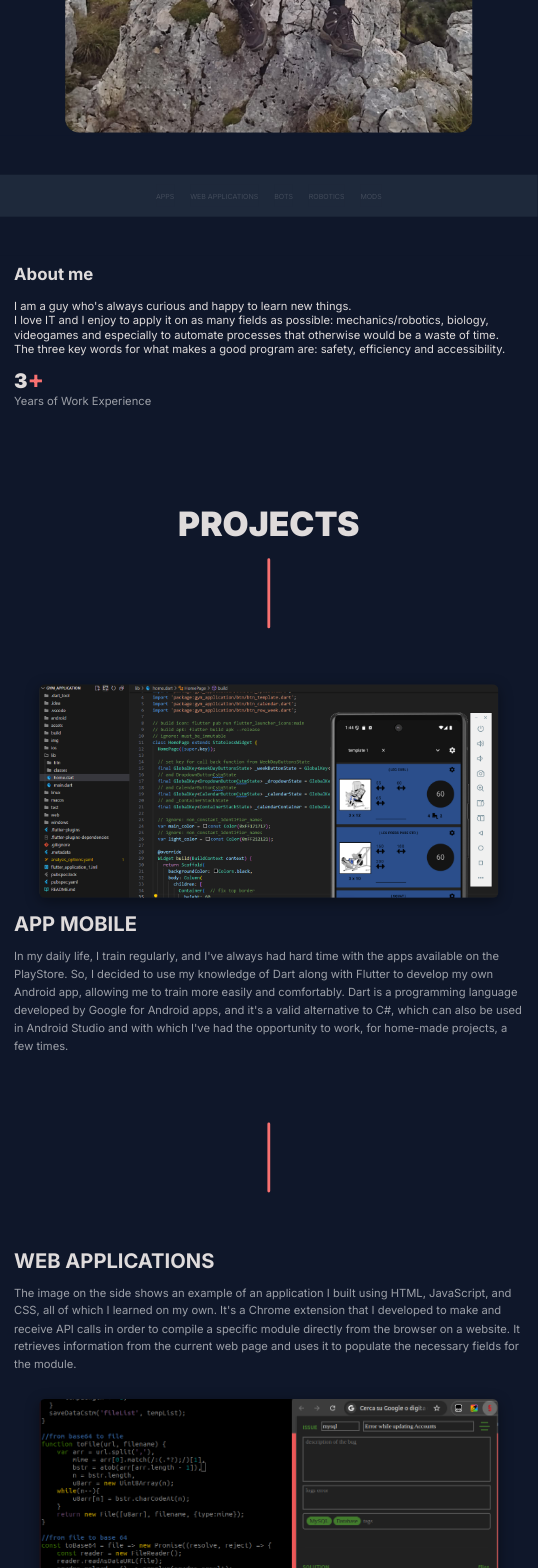
Repository: EnricoCalabrese/EnricoCalabrese.github.io
Page: index.html
These files come from the project's save history. The page is drawn as it stood at one moment and after the next save; the edit follows.
The browser window is 768 px wide. The pictures show the part of the page from y = 1031 to 3271 px (the page is 6136 px tall before and 6140 px after), at 70% of full size.

Above is the page before, as saved 2025-07-26 09:16:57.

### index.html
<!DOCTYPE html>
<html lang="en">
<!DOCTYPE html>
<html lang="en">
<head>
  <meta charset="UTF-8" />
  <meta name="viewport" content="width=device-width, initial-scale=1.0" />
  <title>EC - Developer portfolio</title>
  <link href="https://fonts.googleapis.com/css2?family=Inter:wght@400;700;900&display=swap" rel="stylesheet">
  <style>
    * {
      box-sizing: border-box;
    }

    :root {
      --color-bg: #0f172a;
      --color-bg-alt: #1e293b;
      --color-primary: #f87171;
      --color-white: #dfdbdb;
      --color-white-transparent: rgba(255, 255, 255, 0.158);
      --color-white-semi: rgba(255, 255, 255, 0.589);

      --font-family: 'Inter', sans-serif;

      --space-xs: 10px;
      --space-sm: 15px;
      --space-md: 20px;
      --space-lg: 60px;
      --space-xl: 80px;

      --font-lg: 1.8rem;
      --font-xl: 3rem;
      --font-xxl: 35px;

      --radius-sm: 6px;
      --radius-md: 8px;
      --radius-lg: 20px;
    }

    body {
      margin: 0;
      font-family: var(--font-family);
      background-color: var(--color-bg);
      color: var(--color-white);
      word-wrap: break-word;
    }

    header, section {
      padding: var(--space-lg) var(--space-md);
      max-width: 1200px;
      margin: auto;
    }

    nav {
      display: flex;
      justify-content: space-between;
      align-items: center;
      padding: var(--space-md);
    }

    nav a {
      color: var(--color-white);
      margin: 0 var(--space-sm);
      text-decoration: none;
    }

    .header {
      display: flex;
      flex-wrap: wrap;
      align-items: center;
      justify-content: space-between;
    }

    .header-text {
      max-width: 500px;
    }

    .header-text h1 {
      font-size: var(--font-xl);
      margin: 0;
    }

    .buttons {
      margin-top: var(--space-md);
    }

    .buttons button {
      margin-right: var(--space-sm);
      padding: var(--space-xs) var(--space-md);
      border: none;
      border-radius: var(--radius-sm);
      cursor: pointer;
      font-weight: bold;
    }

    .btn-primary {
      background-color: var(--color-primary);
      color: var(--color-white);
    }

    .btn-primary:hover {
      color: var(--color-bg);
    }

    .btn-secondary {
      background-color: transparent;
      border: 2px solid var(--color-primary) !important;
      color: var(--color-white);
    }

    .btn-secondary:hover {
      color: var(--color-primary);
    }

    .page {
      display: none;
      position: fixed;
      z-index: 1000;
      left: 0;
      top: 0;
      width: 100%;
      height: 100%;
      overflow: auto;
      background-color: rgba(15, 23, 42, 0.9);
      font-family: var(--font-family);
    }

    .page-content {
      background-color: var(--color-bg-alt);
      margin: 10% auto;
      padding: var(--space-md);
      border-radius: var(--radius-lg);
      max-width: 400px;
      color: var(--color-white);
      box-shadow: 0 5px 20px rgba(0,0,0,0.6);
      text-align: center;
      position: relative;
    }

    .close-btn {
      color: var(--color-white);
      position: absolute;
      right: 15px;
      top: 10px;
      font-size: 28px;
      font-weight: bold;
      cursor: pointer;
    }

    .close-btn:hover {
      color: var(--color-primary);
    }

    .email-wrapper {
      margin-top: var(--space-md);
      display: flex;
      justify-content: center;
      gap: var(--space-xs);
    }

    .email-wrapper input {
      flex: 1;
      padding: var(--space-xs);
      border-radius: var(--radius-sm);
      border: none;
      background-color: var(--color-bg);
      color: var(--color-white);
      font-weight: bold;
      font-size: 1rem;
    }

    .email-wrapper button {
      background-color: var(--color-primary);
      border: none;
      border-radius: var(--radius-sm);
      color: var(--color-bg);
      cursor: pointer;
      font-weight: bold;
      padding: var(--space-xs) var(--space-md);
      transition: background-color 0.3s ease;
    }

    .email-wrapper button:hover {
      background-color: #ef4444;
    }

    .profile-img {
      width: 300px;
      border-radius: var(--radius-lg);
    }

    .skills-wrapper {
      position: relative;
      padding: var(--space-lg) 0;
      background-color: var(--color-bg);
      margin-top: -3.5rem;
    }

    .skills-wrapper::before {
      content: "";
      position: absolute;
      top: 50%;
      width: 100%;
      height: 60px;
      background-color: var(--color-bg-alt);
      transform: translateY(-50%);
      z-index: 0;
    }

    .skills {
      position: relative;
      z-index: 1;
      text-align: center;
    }

    .skills a {
      text-decoration: none;
      color: var(--color-white-transparent);
      background-color: var(--color-bg-alt);
      padding: var(--space-xs) 5%;
      display: inline-block;
      margin: var(--space-xs);
      cursor: pointer;
      transition: color 0.3s ease;
    }

    .skills a:hover, .shortcuts a:hover {
      color: var(--color-primary);
    }

    .about {
      display: flex;
      flex-wrap: wrap;
      justify-content: space-between;
      align-items: center;
      padding: 0 var(--space-md);
      background-color: var(--color-bg);
      margin-top: -1%;
    }

    .about-text {
      flex: 0 0 50%;
      max-width: 600px;
    }

    .stat {
      flex: 0 0 50%;
    }

    .stat-number {
      font-size: var(--font-lg);
      font-weight: 900;
      color: var(--color-white);
      display: flex;
      align-items: baseline;
    }

    .stat-number .plus {
      color: var(--color-primary);
      font-size: var(--font-xxl);
      font-weight: 700;
      line-height: 1;
      margin-top: -2%;
    }

    .stat-text {
      color: var(--color-white-semi);
      margin-top: 2px;
    }

    .projects-section {
      padding: var(--space-xl) var(--space-md);
      text-align: center;
      position: relative;
    }

    .projects-title {
      font-size: var(--font-xl);
      color: var(--color-white);
      margin-bottom: var(--space-md);
      font-weight: 900;
    }

    .vertical-divider {
      width: 4px;
      height: 100px;
      background-color: var(--color-primary);
      margin: 0 auto var(--space-xl);
      border-radius: 2px;
    }

    .project-block {
      display: flex;
      align-items: center;
      justify-content: center;
      margin: var(--space-xl) auto;
      max-width: 900px;
      gap: var(--space-md);
      flex-wrap: wrap;
      flex-direction: row;
    }

    .project-img {
      width: 300px;
      border-radius: var(--radius-md);
      box-shadow: 0 5px 20px rgba(0,0,0,0.4);
    }

    .project-description {
      max-width: 400px;
      text-align: left;
    }

    .project-description h3 {
      font-size: var(--font-lg);
      color: var(--color-white);
      margin: 0 0 var(--space-xs);
    }

    .project-description p {
      color: var(--color-white-semi);
      line-height: 1.6;
    }

    .simple-text {
      line-height: 1.3;
    }

    footer {
      text-align: center;
      padding: var(--space-md);
      background-color: var(--color-bg-alt);
    }

    #image-container {
      display: block;
      position: fixed;
      z-index: 1500;
      left: 0;
      top: 0;
      width: 100%;
      height: 100%;
      background-color: rgba(15, 23, 42, 0.95);
      display: flex;
      justify-content: center;
      align-items: center;
      cursor: zoom-out;
    }

    #image-container .page-content {
      background: none;
      box-shadow: none;
      max-width: 90%;
      max-height: 90%;
      padding: 0;
      position: relative;
      display: flex;
      justify-content: center;
      align-items: center;
    }

    #image-container img {
      max-width: 100%;
      max-height: 100%;
      border-radius: var(--radius-lg);
      pointer-events: none;
    }

    #ref {
      display: block;
      position: relative;
      top: -80px;
      visibility: hidden;
      height: 0;
      width: 0;
      overflow: hidden;
    }

    /* mobile settings */
    @media (max-width: 768px) {
      nav {
        flex-direction: column;
        align-items: flex-start;
      }

      .header {
        flex-direction: column;
        align-items: center;
        text-align: center;
      }

      .header-text {
        max-width: 100%;
      }

      .buttons {
        display: flex;
        flex-direction: column;
        align-items: center;
      }

      .buttons button {
        margin-bottom: var(--space-xs);
        width: 80%;
      }

      .profile-img {
        width: 80%;
        margin-top: var(--space-md);
      }

      .about {
        flex-direction: column;
        align-items: flex-start;
        gap: var(--space-md);
      }

      .about-text, .stat {
        flex: 1 1 100%;
        max-width: 100%;
      }

      .project-block {
        flex-direction: column !important;
        text-align: center;
      }

      .project-description {
        max-width: 100%;
      }

      .project-img {
        width: 90%;
      }

      .email-wrapper {
        flex-direction: column;
        gap: var(--space-xs);
      }

      .email-wrapper input,
      .email-wrapper button {
        width: 100%;
      }

      .skills {
        position: relative;
        z-index: 1;
        text-align: center;
        font-size: 10px;
      }

      .skills a {
        text-decoration: none;
        color: var(--color-white-transparent);
        background-color: var(--color-bg-alt);
        padding: var(--space-xs) 0;
        display: inline-block;
        cursor: pointer;
        transition: color 0.3s ease;
      }
    }
  </style>
</head>
<body>
  <nav>
    <div><strong>Enrico Calabrese</strong></div>
    <div class="shortcuts">
      <a href="#about" class="scroll-link">About</a>
      <a href="https://www.linkedin.com/in/enrico-calabrese-4961b4376/">Linkedin</a>
    </div>
  </nav>

  <header class="header">
    <div class="header-text">
      <p>Hello,</p>
      <h1>I'm Enrico<br><strong>Software Developer</strong></h1>
      <div class="buttons">
        <button class="btn-primary" id="contacts">Contacts</button>
        <button class="btn-secondary" id="myresume">My resume</button>
      </div>
    </div>
    <img src="source/profile.jpg" alt="photo" class="profile-img" onerror="this.style.display='none'">
  </header>

  <div id="contact-page" class="page">
    <div class="page-content">
      <span class="close-btn">&times;</span>
      <h2>Contact Me</h2>
      <p>Email:</p>
      <div class="email-wrapper">
        <input type="text" id="email" readonly value="enricocalabrese21@gmail.com" />
        <button id="copy-email">Copy</button>
      </div>
      <p id="copy-message" style="color: var(--color-primary); display: none;">Copied to clipboard!</p>
    </div>
  </div>

  <div class="skills-wrapper">
    <div class="skills">
      <a href="#app" class="scroll-link">APPS</a>
      <a href="#web" class="scroll-link">WEB APPLICATIONS</a>
      <a href="#bots" class="scroll-link">BOTS</a>
      <a href="#robots" class="scroll-link">ROBOTICS</a>
      <a href="#mods" class="scroll-link">MODS</a>
    </div>
  </div>
  <span id="ref"></span>

  <section id="about" class="about">
    <div class="about-text">
      <h2>About me</h2>
      <p class="simple-text">
        I am a guy who's always curious and happy to learn new things.<br>
        I love IT and I enjoy to apply it on as many fields as possible: mechanics/robotics, biology, videogames and especially to automate processes that otherwise would be a waste of time.<br>
        The three key words for what makes a good program are: safety, efficiency and accessibility.
      </p>
      <div class="stat">
        <div class="stat-number"><span class="plus">+</span></div>
        <p class="stat-text">Years of Work Experience</p>
      </div>
    </div>
  </section>

  <section class="projects-section">
    <h2 class="projects-title">PROJECTS</h2>
    <div class="vertical-divider"></div>

    <div class="project-block">
      <img src="source/project1.png" alt="Project 1" class="project-img" onerror="this.style.display='none'">
      <div class="project-description" id="app">
        <h3>APP MOBILE</h3>
        <p>In my daily life, I train regularly, and I've always had hard time with the apps available on the PlayStore.
          So, I decided to use my knowledge of Dart along with Flutter to develop my own Android app, allowing me to train more easily and comfortably.
            Dart is a programming language developed by Google for Android apps, and it's a valid alternative to C#, which can also be used in Android Studio
            and with which I've had the opportunity to work, for home-made projects, a few times.</p>
      </div>
    </div>
    <div class="vertical-divider"></div>

    <div class="project-block">
      <div class="project-description" id="web">
        <h3>WEB APPLICATIONS</h3>
        <p>The image on the side shows an example of an application I built using HTML, JavaScript, and CSS, all of which I learned on my own.
          It's a Chrome extension that I developed to make and receive API calls in order to compile a specific module directly from the browser on a website.
          It retrieves information from the current web page and uses it to populate the necessary fields for the module.</p>
      </div>
      <img src="source/project2.png" alt="Project 2" class="project-img" onerror="this.style.display='none'">
    </div>
    <div class="vertical-divider"></div>

    <div class="project-block">
      <img src="source/project3.png" alt="Project 3" class="project-img" onerror="this.style.display='none'">
      <div class="project-description" id="bots">
        <h3>PYTHON-BASED BOTS</h3>
        <p>Python is one of the best and most versatile programming languages available today, and it's excellent for creating bots.
          The image on the side shows a Discord bot I created. Discord is a free communication app used to chat and hang out with your favorite creators, communities, and friends.
            The bot I made to allows users, through simple commands in the chat, to play the game "Blood on the Clocktower" with others in a voice channel.
            This game is a more complex version of the famous game Werewolf (Italian: Lupus in Fabula).
            Using Python, I also created a Telegram bot in order to remotely manage a machine that I set up as a hosting server.
        </p>
      </div>
    </div>
    <div class="vertical-divider"></div>

    <div class="project-block">
      <div class="project-description" id="robots">
        <h3>ROBOTICS & AUTOMATION</h3>
        <p>Since high school, I've always had an interest in automation, and I find it super fun to animate robots and apply computer science to something that can moves.
          A few years ago, I took on the challenge of building a drone from scratch and programming it in C++. I developed calculation functions which, thanks to the input from various sensors,
          were able to determine the necessary speed for each individual motor to stabilize the drone through the appropriate output signals.
        </p>
      </div>
      <img src="source/project4.png" alt="Project 4" class="project-img" onerror="this.style.display='none'">
    </div>
    <div class="vertical-divider"></div>

    <div class="project-block">
      <img src="source/project5.png" alt="Project 5" class="project-img" onerror="this.style.display='none'">
      <div class="project-description" id="mods">
        <h3>VIDEOGAMES MODS</h3>
        <p>Programming a video game mod is a great way to develop both technical and creative skills. It allows you to improve your coding abilities, and understand the architecture of complex systems.
            Modding combines passion and practice, which is why I started programming, first with Java and later with .mcfunction, to create mods and datapacks for the game Minecraft.
        </p>
      </div>
    </div>
  </section>

  <div id="image-container" class="page">
    <div class="page-content">
      <img id="zoomed-img" src="" alt="zoomed" />
    </div>
  </div>

  <footer>
  </footer>

  <script>
    // manage image zoom
    const zoomed = document.getElementById('image-container');
    document.querySelectorAll('.project-img').forEach(img => {
      img.addEventListener('click', () => {
        document.getElementById('zoomed-img').src = img.src;
        zoomed.style.display = 'flex';
      });
    });

    zoomed.addEventListener('click', (e) => { // on click out of the page
      if (e.target === zoomed) {
        zoomed.style.display = 'none';
      }
    });

    window.onload = () => {
      zoomed.style.display = 'none';
    };

    // manage new window contacts
    const page = document.getElementById('contact-page');
    const emailInput = document.getElementById('email');
    const copyMessage = document.getElementById('copy-message');

    document.getElementById('contacts').addEventListener('click', () => {
      page.style.display = 'block';
      copyMessage.style.display = 'none';
    });

    page.querySelector('.close-btn').addEventListener('click', () => {
      page.style.display = 'none';
    });

    window.addEventListener('click', (e) => { // on click out of the page
      if (e.target === page) {
        page.style.display = 'none';
      }
    });

    document.getElementById('copy-email').addEventListener('click', () => {
      emailInput.select();
      emailInput.setSelectionRange(0, 99999);
      try {
        // use document.execCommand for broader browser support in iFrames
        const successful = document.execCommand('copy');
        if (successful) {
          copyMessage.style.display = 'block';
          setTimeout(() => copyMessage.style.display = 'none', 2000);
        }
      } catch (err) {
        console.error('Failed to copy email: ', err);
      }
    });

    // auto scroll the page to the top when open
    window.onbeforeunload = function () {
      window.scrollTo(0, 0);
    };

    // scroll page on center when click a link, normal href set the page on top
    document.querySelectorAll('.scroll-link').forEach(link => {
      link.addEventListener('click', function(e) {
        e.preventDefault();
        const targetId = this.getAttribute('href').substring(1);
        const targetElem = document.getElementById(targetId);
        if (targetElem) {
          const elemRect = targetElem.getBoundingClientRect();
          const maxElemTop = window.pageYOffset + elemRect.top;
          const middle = maxElemTop - (window.innerHeight / 2) + (elemRect.height / 2);

          window.scrollTo({
            top: middle,
            behavior: 'smooth'
          });
        }
      });
    });

    // setup experience years based on current year
    const statNum = document.querySelector('.stat-number');
    if (statNum) {
      const startDate = new Date('2021-09-27');
      const now = new Date();
      const diffYears = (now - startDate) / (1000 * 60 * 60 * 24 * 365.25);
      const roundedYears = Math.floor(diffYears);
      statNum.innerHTML = `${roundedYears}<span class="plus">+</span>`;
    }

    // link to resume when click "my resume" button
    document.getElementById('myresume').addEventListener('click', function () {
      const link = document.createElement('a');
      link.href = 'source/resume.pdf';
      link.download = 'Enrico-Calabrese-Resume.pdf';
      document.body.appendChild(link);
      link.click();
      document.body.removeChild(link);
    });
  </script>
</body>
</html>

After the next save:
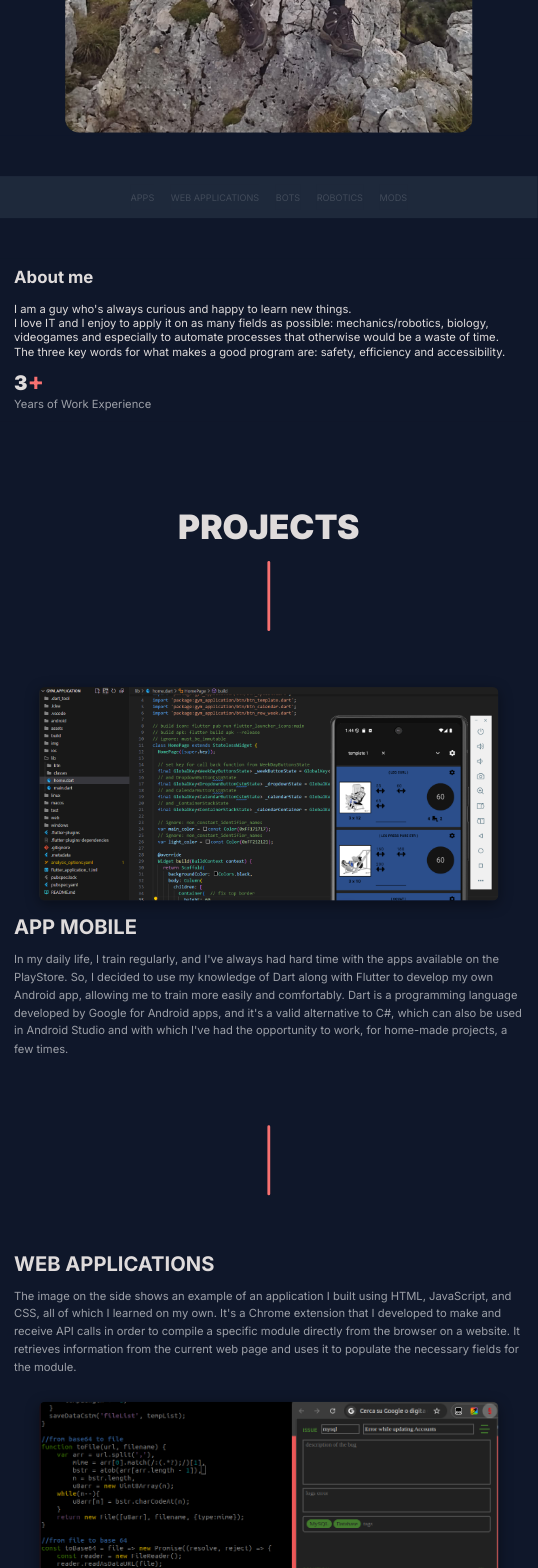
Saved 7 s later.
--- a/index.html
+++ b/index.html
@@ -447,7 +447,7 @@
         position: relative;
         z-index: 1;
         text-align: center;
-        font-size: 10px;
+        font-size: 13px;
       }
 
       .skills a {
